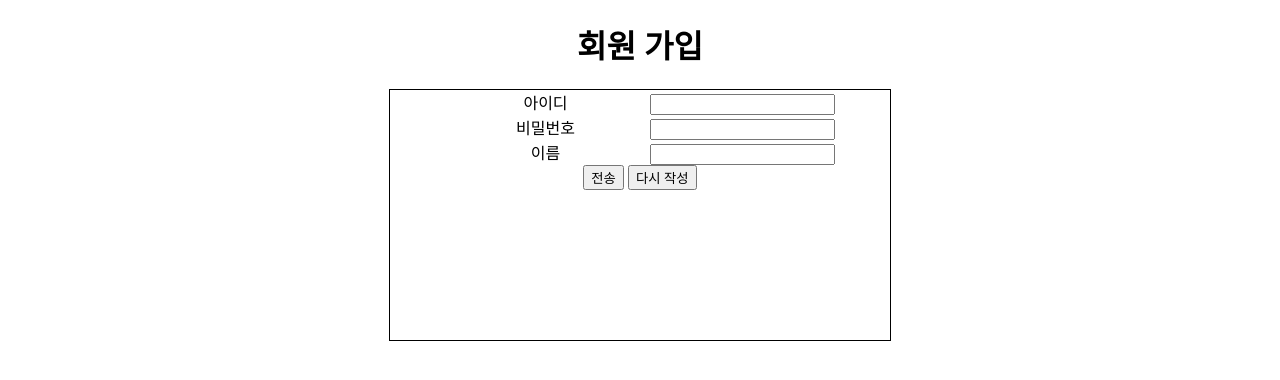
Repository: Dalso13/workspace
Page: http://localhost/Test_1/joinPage.jsp
These files come from the project's save history. The page is drawn as it stood at one moment and after the next save; the edit follows.
The browser window is 1280 px wide. The pictures show the whole page.
The page is served by Tomcat 9.

Above is the page before, as saved 2023-03-17 03:40:49.

After the next save:
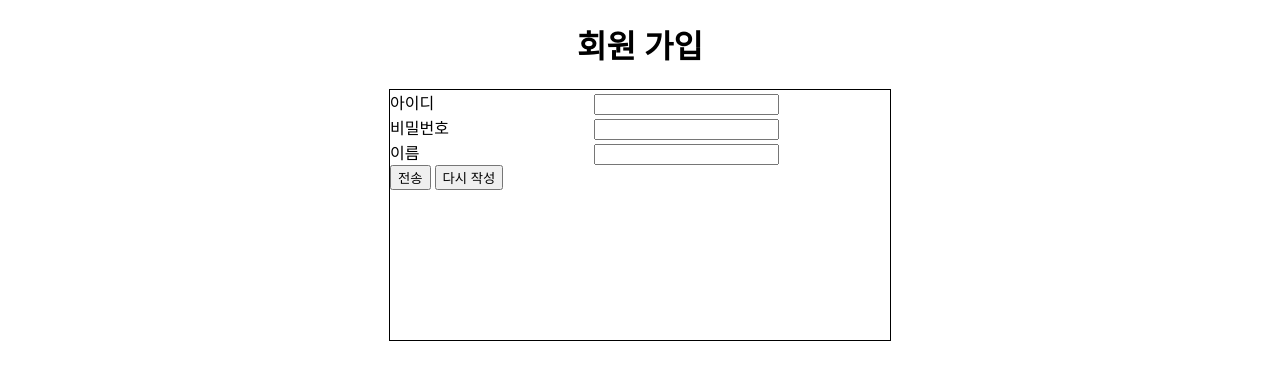
Saved 52 s later.
--- a/workspace_exam/Test_1/WebContent/joinPage.jsp
+++ b/workspace_exam/Test_1/WebContent/joinPage.jsp
@@ -28,7 +28,7 @@
 	<h1 style="text-align: center;">회원 가입</h1>
 	<form action="TestServlet" method="get">
 
-	<div style="text-align: left: ;">
+	<div style="text-align: left;">
 
 		<label>아이디</label> <input type="text" name="id"><br>
 		<label>비밀번호</label> <input type="password" name="pw"><br>
